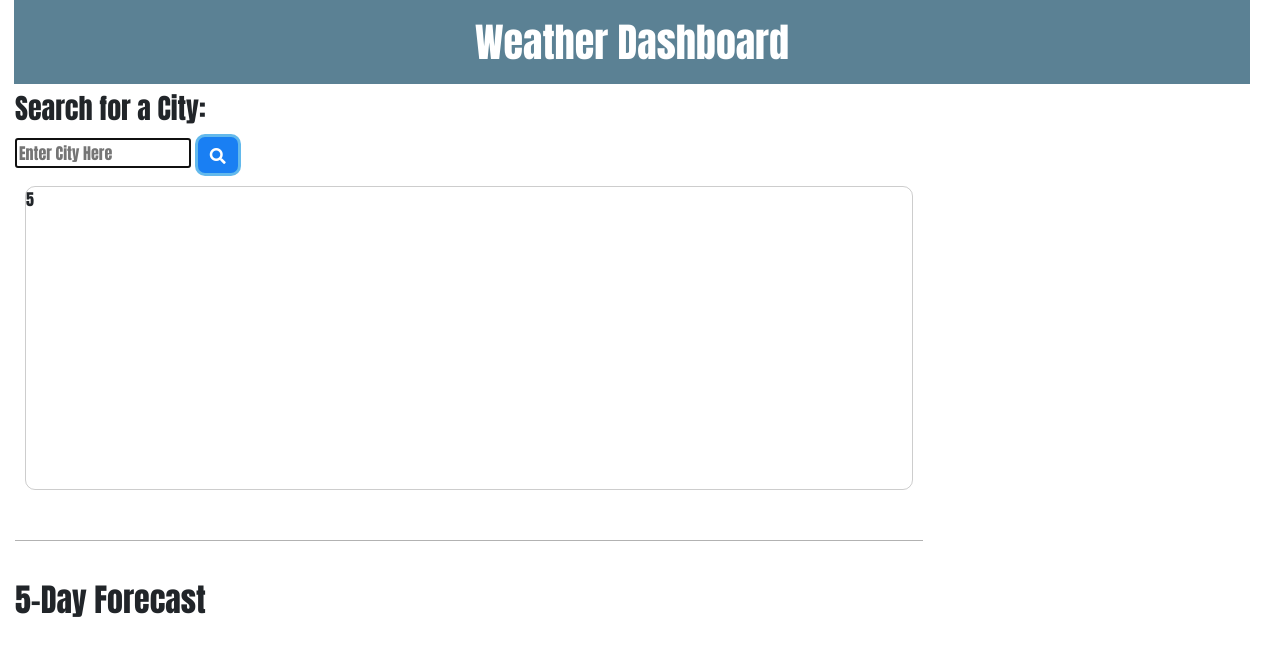
Repository: KHudaKoz/Weather-dashboard
Page: index.html
An editor plug-in stored every save of this project. The page is shown before and after the next save, followed by the edit.
The browser window is 1280 px wide. The pictures show the whole page.
Some web libraries are served in a nearby version.

Above is the page before, as saved 2021-01-29 18:57:33.

After the next save:
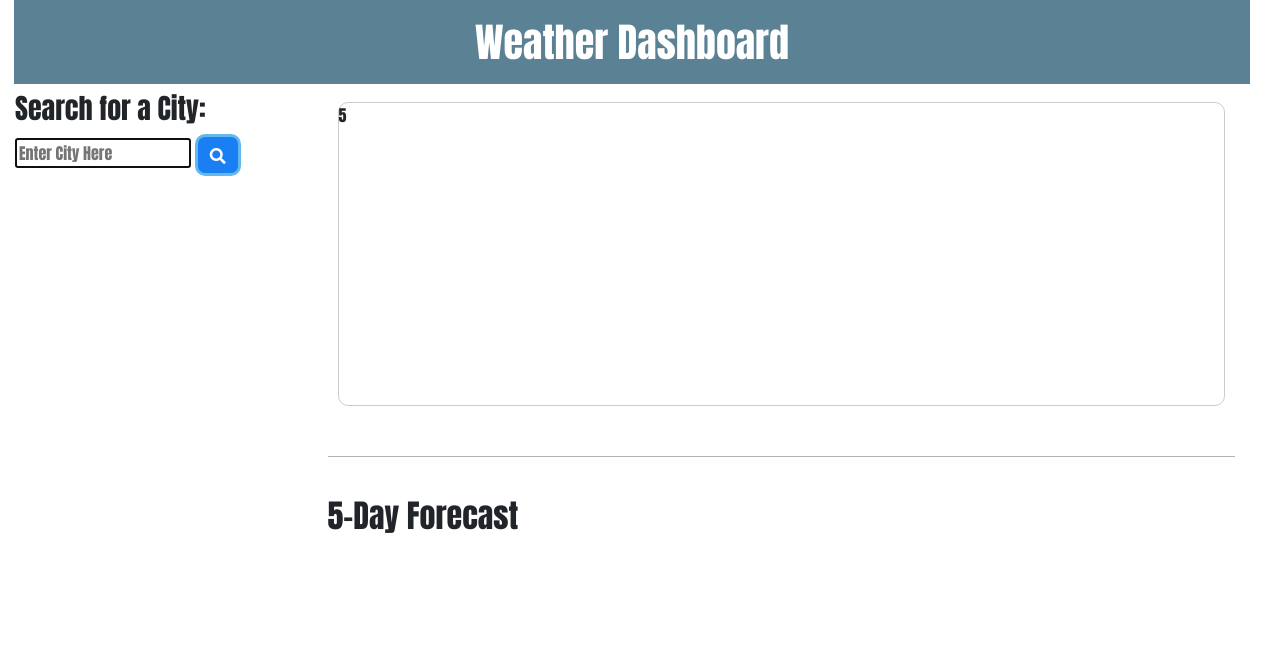
Saved 7 s later.
--- a/index.html
+++ b/index.html
@@ -24,7 +24,7 @@
 
     <main class="container">
         <div class="row">
-            <div class="col-3 col-md-4">
+            <div class="col-3 col-md-3">
                 <div class="card">
                     <h3 class="search-header">Search for a City:</h3>
                     <div id="search-form" class="search">
